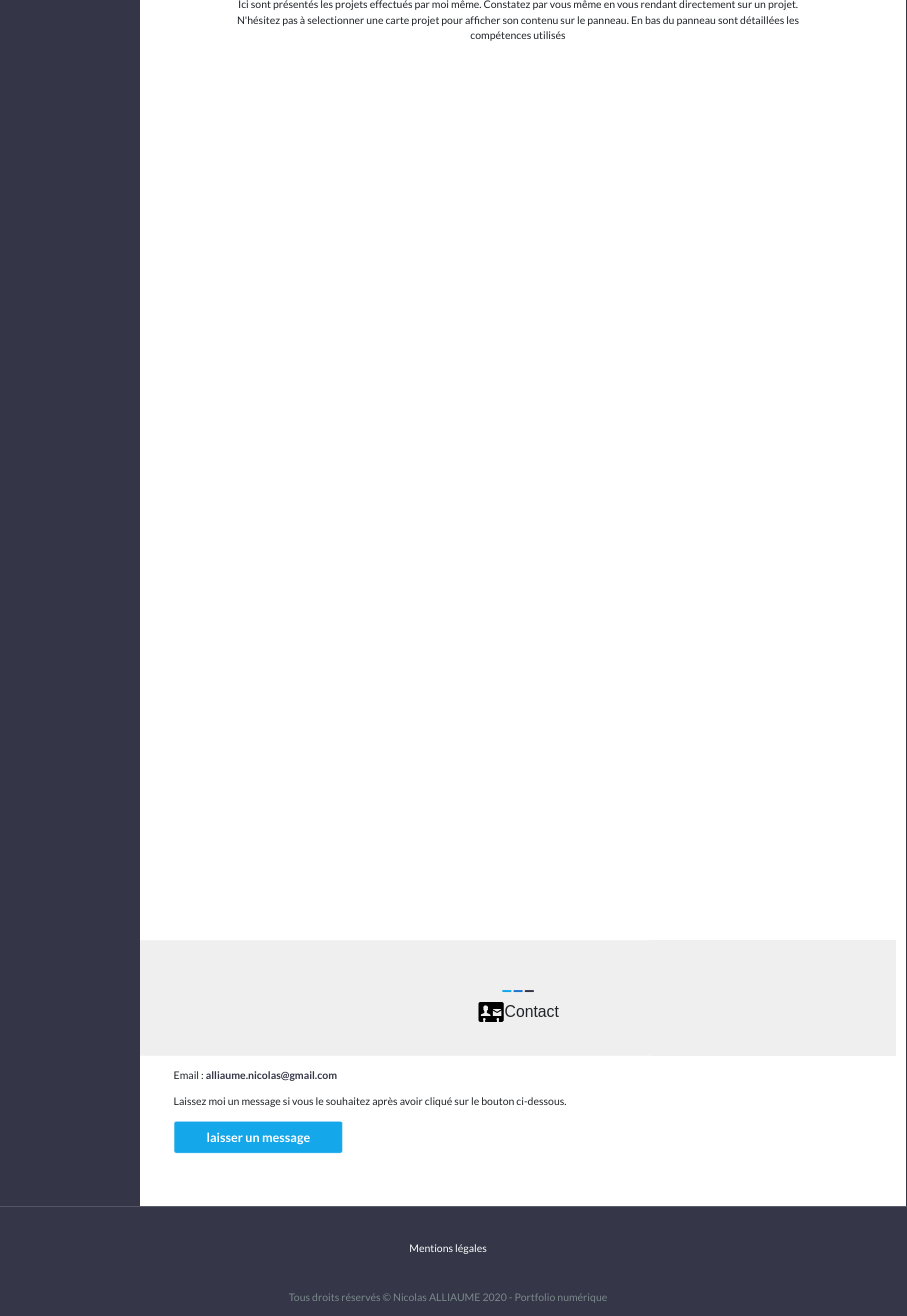
Repository: Nicolas-al/alliaumen
Page: templates/main/index.html.twig
These files come from the project's save history. The page is drawn as it stood at one moment and after the next save; the edit follows.
The browser window is 1280 px wide. The page is 1295 px wide, so the pictures cover 1295 px, including what lies to the right of the window. The pictures show the part of the page from y = 1183 to 3063 px (the page is 3063 px tall), at 70% of full size.
Some web fonts or font styles are not loaded; a fallback is used. Some web libraries are served in a nearby version. The page is a Twig template of a Symfony application; nobody is signed in and links lead nowhere. The template is opened directly, without the code that normally fills it, so the values that code supplies are empty.

Above is the page before, as saved 2020-10-12 03:18:27.
Console error: TypeError: e.indexOf is not a function

After the next save:
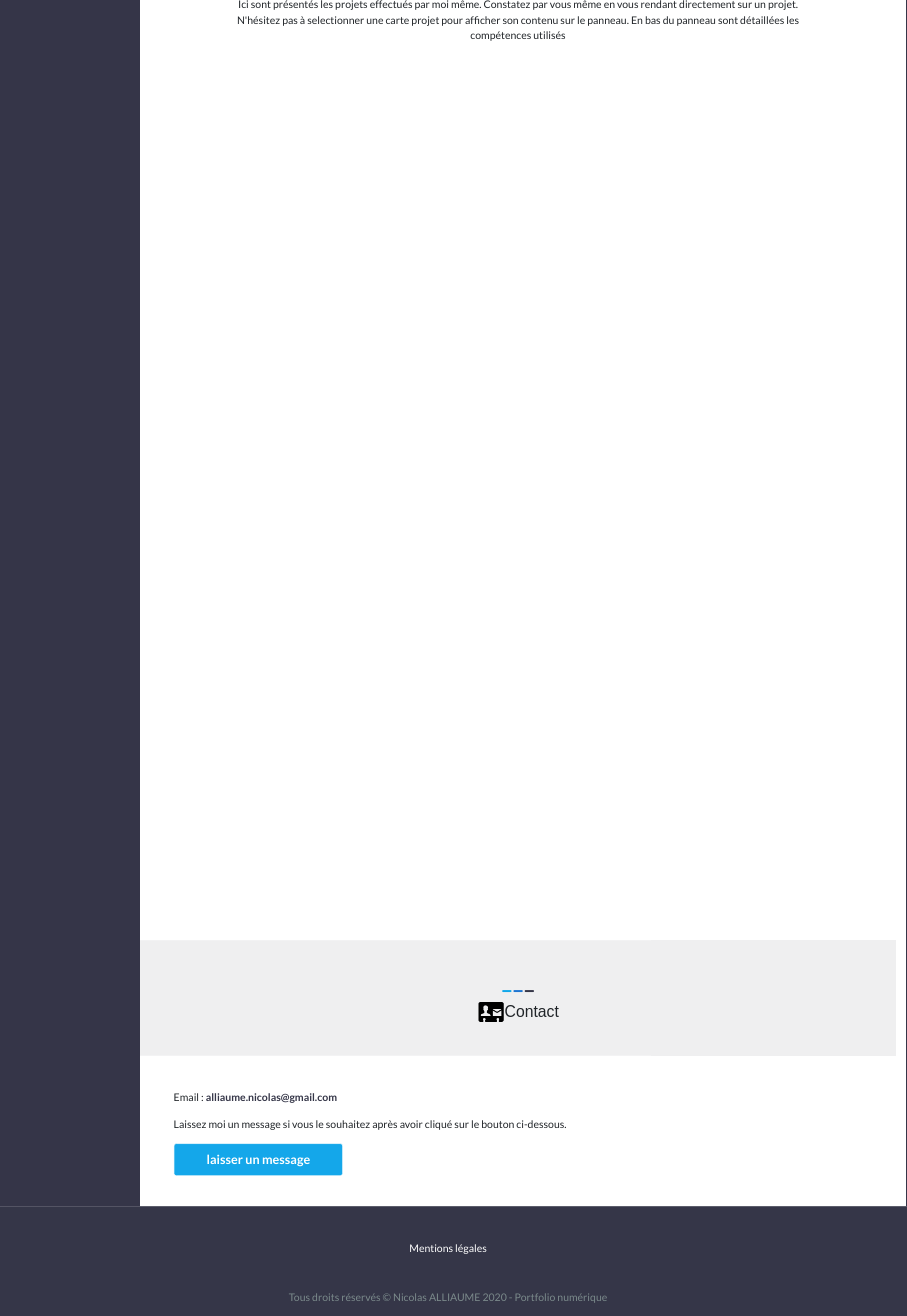
Saved 14 s later.
--- a/templates/main/index.html.twig
+++ b/templates/main/index.html.twig
@@ -180,7 +180,7 @@
                             </div>
                         </div>
                     </div>
-                    <div class="col-lg-12 pl-5 mt-3">
+                    <div class="col-lg-12 pl-5 mt-5">
 
                         <address>
                             <p class="d-inline"> Email : </p>
